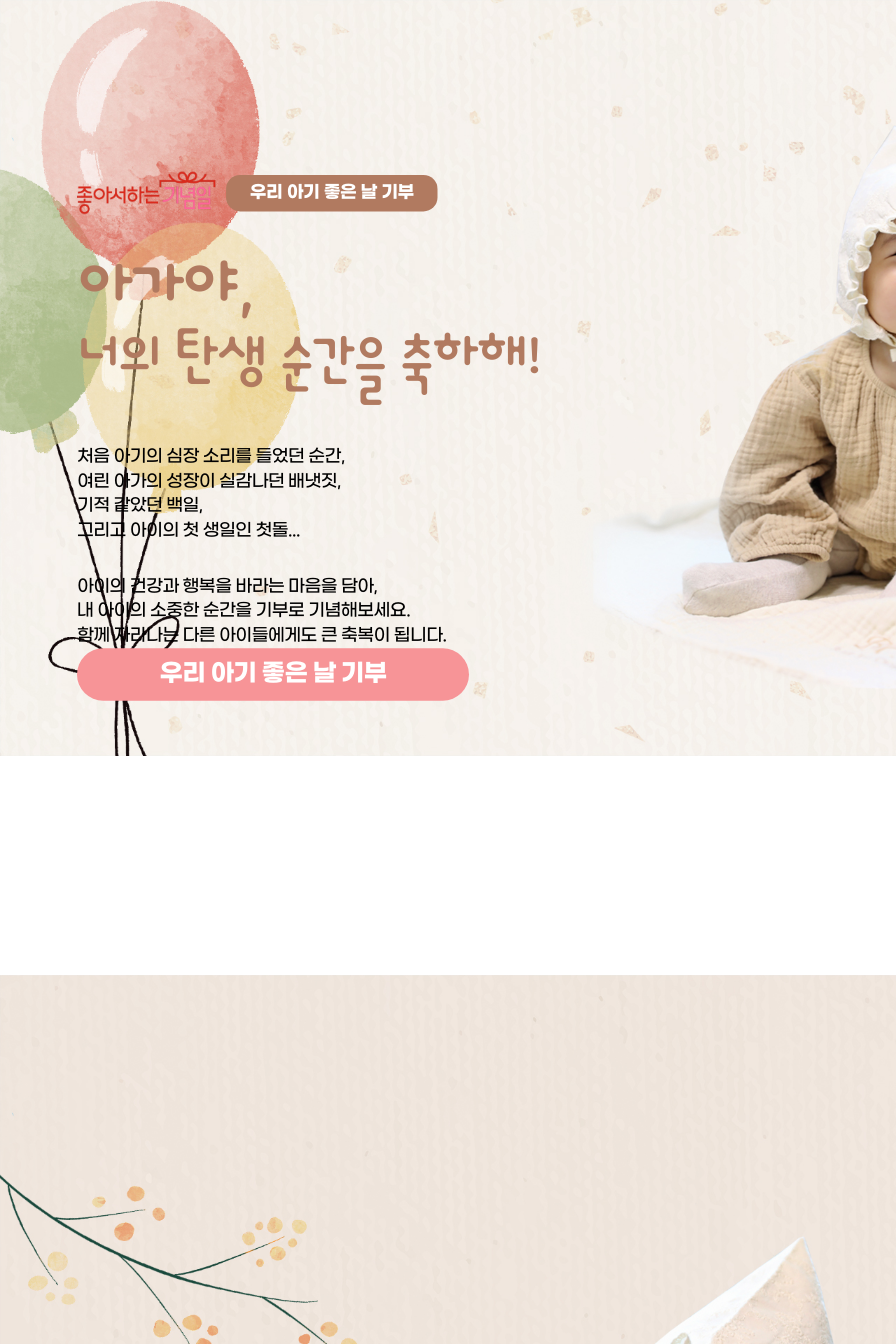
Repository: dlgywls1130/save_the_children
Page: index.html
An editor plug-in stored every save of this project. The page is shown before and after the next save, followed by the edit.
The browser window is 1280 px wide. The pictures show the part of the page from y = 0 to 1920 px (the page is 5153 px tall), at 70% of full size.

Above is the page before, as saved 2023-12-12 21:28:01.

### index.html
<!DOCTYPE html>
<html lang="en">
<head>
    <meta charset="UTF-8">
    <meta name="viewport" content="width=device-width, initial-scale=1.0">
    <title>세이브더칠드런</title>

    <link rel="stylesheet" href="./css/reset.css">
    <link rel="stylesheet" href="./css/style.css">
</head>
<body>
    <div class="content_body">
        <section class="section_wrapper section01">
            <div class="se01 se_wrapper">
                <div class="se01_sub">
                    <div class="sub_logo">
                        <img src="./img/logo01.png" alt="logo">
                    </div>
                    <p>우리 아기 좋은 날 기부</p>
                </div>
                <p class="seo01_title">
                    아가야,
                </p>
                <p class="seo01_title_two">
                    너의 <span>탄생</span> 순간을 축하해!
                </p>
                <p class="section_descript mb-45">
                    처음 아기의 심장 소리를 들었던 순간,
                    <br>여린 아가의 성장이 실감나던 배냇짓,
                    <br>기적 같았던 백일,
                    <br>그리고 아이의 첫 생일인 첫돌...
                </p>
                <p class="section_descript">
                    아이의 건강과 행복을 바라는 마음을 담아,
                    <br>내 아이의 소중한 순간을 기부로 기념해보세요.
                    <br>함께 자라나는 다른 아이들에게도 큰 축복이 됩니다.
                </p>

                <a class="donation_link" href="javascript:void(0)">우리 아기 좋은 날 기부</a>
            </div>
        </section>
        <section class="section_wrapper section02">
            <div class="se02 se_wrapper">

            </div>
        </section>
        <section class="section_wrapper section03">

        </section>
        <section class="section_wrapper section04">

        </section>
        <section class="section_wrapper section05">

        </section>
        <section class="section_wrapper section06">

        </section>
        <section class="section_wrapper section07">

        </section>
        <section class="section_wrapper section08">

        </section>
    </div>
</body>
</html>

### css/reset.css


html, body, div, span, applet, object, iframe,
h1, h2, h3, h4, h5, h6, p, blockquote, pre,
a, abbr, acronym, address, big, cite, code,
del, dfn, em, img, ins, kbd, q, s, samp,
small, strike, strong, sub, sup, tt, var,
b, u, i, center,
dl, dt, dd, ol, ul, li,
fieldset, form, label, legend,
table, caption, tbody, tfoot, thead, tr, th, td,
article, aside, canvas, details, embed,
figure, figcaption, footer, header, hgroup,
menu, nav, output, ruby, section, summary,
time, mark, audio, video {
	margin: 0;
	padding: 0;
	border: 0;
	font-size: 100%;
	font: inherit;
	vertical-align: baseline;
}

article, aside, details, figcaption, figure,
footer, header, hgroup, menu, nav, section {
	display: block;
}
body {
	line-height: 1;
}
ol, ul {
	list-style: none;
}
blockquote, q {
	quotes: none;
}
blockquote:before, blockquote:after,
q:before, q:after {
	content: '';
	content: none;
}
table {
	border-collapse: collapse;
	border-spacing: 0;
}

### css/style.css

/* root */
:root{
    --main-color:#B17A60;
    --pink-color:#F79497;
}


/* font */

/* dongle */
@font-face {
    font-family: 'Dongle';
    font-weight: 300;
    src: url('../font/Dongle-Light.ttf') format('ttf'),
    url('../font/Dongle-Light.woff') format('woff');
}

@font-face {
    font-family: 'Dongle';
    font-weight: 500;
    src: url('../font/Dongle-Regular.ttf') format('ttf'),
    url('../font/Dongle-Regular.woff') format('woff');
}

@font-face {
    font-family: 'Dongle';
    font-weight: 700;
    src: url('../font/Dongle-Bold.ttf') format('ttf'),
    url('../font/Dongle-Bold.woff') format('woff');
}


/* Gmarket */
@font-face {
    font-family: 'GmarketSans';
    font-weight: 300;
    src: url('../font/GmarketSansLight.ttf') format('ttf'),
    url('../font/GmarketSansLight.woff') format('woff');
}

@font-face {
    font-family: 'GmarketSans';
    font-weight: 500;
    src: url('../font/GmarketSansMedium.ttf') format('ttf'),
    url('../font/GmarketSansMedium.woff') format('woff');
}

@font-face {
    font-family: 'GmarketSans';
    font-weight: 700;
    src: url('../font/GmarketSansBold.ttf') format('ttf'),
    url('../font/GmarketSansBold.woff') format('woff');
}


/* nanumsqure */

@font-face {
    font-family: 'NanumSquare';
    font-weight: 400;
    src: url('../font/NanumSquareL.ttf') format('ttf'),
    url('../font/NanumSquareL.woff') format('woff');
}

@font-face {
    font-family: 'NanumSquare';
    font-weight: 500;
    src: url('../font/NanumSquareR.ttf') format('ttf'),
    url('../font/NanumSquareR.woff') format('woff');
}

@font-face {
    font-family: 'NanumSquare';
    font-weight: 600;
    src: url('../font/NanumSquareB.ttf') format('ttf'),
    url('../font/NanumSquareB.woff') format('woff');
}

@font-face {
    font-family: 'NanumSquare';
    font-weight: 700;
    src: url('../font/NanumSquareEB.ttf') format('ttf'),
    url('../font/NanumSquareEB.woff') format('woff');
}



/* scdream5 */
@font-face {
    font-family: 'SCDream5';
    src: url('../font/SCDream5.woff') format('woff'),
    url('../font/SCDream5.ttf') format('ttf'),
    url('../font/SCDream5.otf') format('otf');
}


.section_wrapper{
    max-width:1920px;
    width: 100%;

}

.se_wrapper{
    max-width: 1060px;
    margin: 0 auto;
    width: 100%;
}


/* common */
.mb-45{margin-bottom: 45px;}

/* section01 */


.section01{
    height: 1080px;
    padding: 243px 0 70px;
    background: url('../img/back01.jpg') no-repeat;
}

.se01_sub{
    display: flex;
    align-items: center;
    margin-bottom: 40px;
}

.sub_logo{
    width: 198px;
    height: 65px;
    margin-right: 15px;
}

.sub_logo img{
    width: 100%;
    height: 100%;
    object-fit: contain;
}

.se01_sub p{
    width: 302px;
    height: 52px;
    background: #B17A60;
    border-radius: 20px;
    display: flex;
    align-items: center;
    justify-content: center;
    letter-spacing: -0.03em;
    font-size: 25px;
    font-weight: 700;
    font-family: 'GmarketSans',sans-serif;
    color: #fff;
}

.seo01_title{
    font-family: 'Dongle',sans-serif;
    font-weight: 500;
    font-size: 150px;
    color: var(--main-color);
    letter-spacing: -0.03em;
}

.seo01_title_two{
    font-family: 'Dongle',sans-serif;
    font-weight: 500;
    font-size: 120px;
    color: var(--main-color);
    letter-spacing: -0.03em;
    margin-top: -4%;
    margin-bottom: 60px;
}

.section_descript{
    font-size: 25px;
    line-height: 35px;
    font-family: 'GmarketSans';
    font-weight: 500;
    letter-spacing: -0.03em;
    color: #000;
}

.donation_link{
    width: 560px;
    height: 75px;
    border-radius: 100px;
    display: flex;
    align-items: center;
    justify-content: center;
    background: var(--pink-color);
    color: #fff;
    font-family: 'GmarketSans';
    font-size: 35px;
    font-weight: 700;
    letter-spacing: -0.03em;
    text-decoration: none;

}
/* section02 */

.section02{
    height: 1340px;
    background: url('../img/back03.jpg') no-repeat;
}

/* section03 */

.section03{
    height: 1340px;
    background: url('../img/back04.jpg') no-repeat;
}

/* section04 */

.section04{
    height: 1080px;

}

/* section05 */

/* section06 */

/* section07 */

/* section08 */

After the next save:
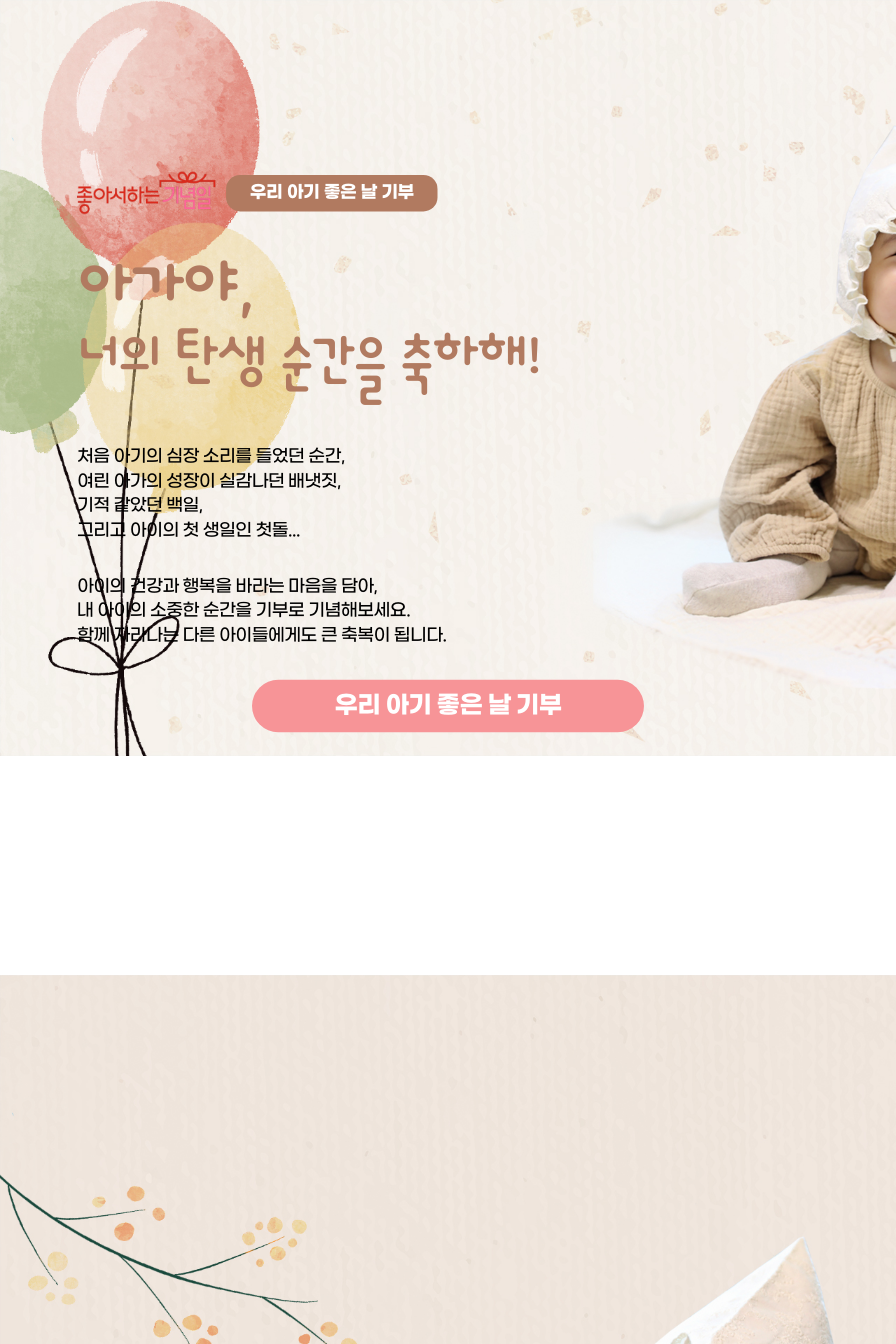
Saved 13 s later.
--- a/css/style.css
+++ b/css/style.css
@@ -194,7 +194,7 @@
     font-weight: 700;
     letter-spacing: -0.03em;
     text-decoration: none;
-
+    margin: 45px auto 0;
 }
 /* section02 */
 
